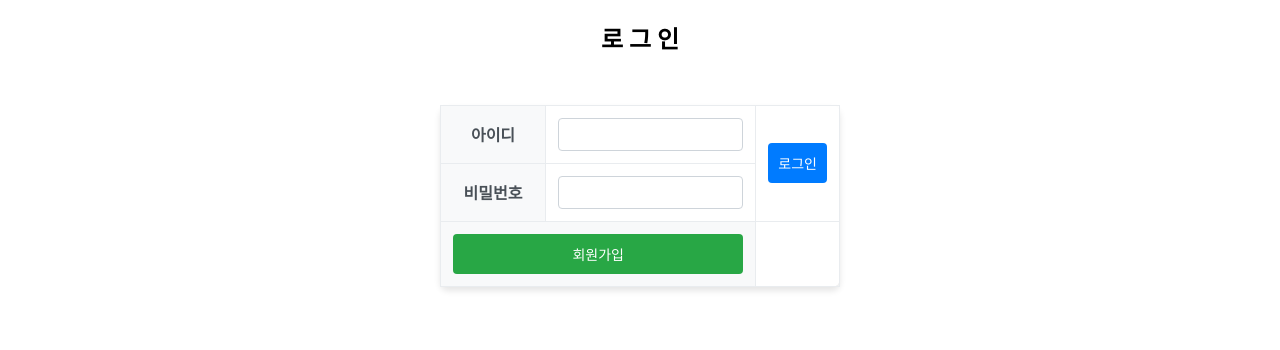
Repository: 1plus1equals3-true/Board-temp
Page: http://localhost/jsp/member/Login.jsp
The author's editor kept a copy of each file at every save. The page is drawn from the files as they stood at one save, then again after the next save.
The browser window is 1280 px wide. The pictures show the whole page.
The page is served by Tomcat 9.

Above is the page before, as saved 2025-09-10 07:36:12.

After the next save:
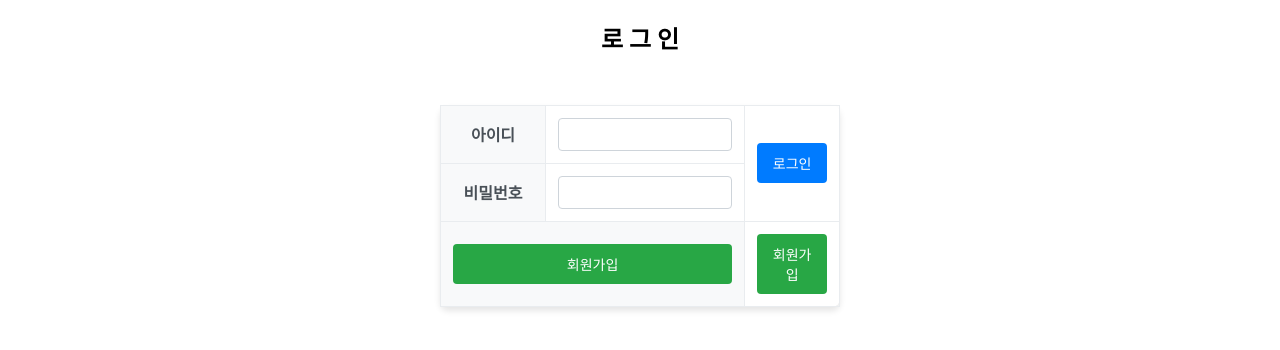
Saved 20 s later.
--- a/jsp/src/main/webapp/member/Login.jsp
+++ b/jsp/src/main/webapp/member/Login.jsp
@@ -109,7 +109,7 @@
 		<tr>
 
 		<td colspan="2"><a href="Join.jsp"><button type="button" class="btn-join">회원가입</button></a></td>
-		<td></td>
+		<td><a href="../board/list.jsp"><button type="button" class="btn-join">회원가입</button></a></td>
 
 		</tr>
 
